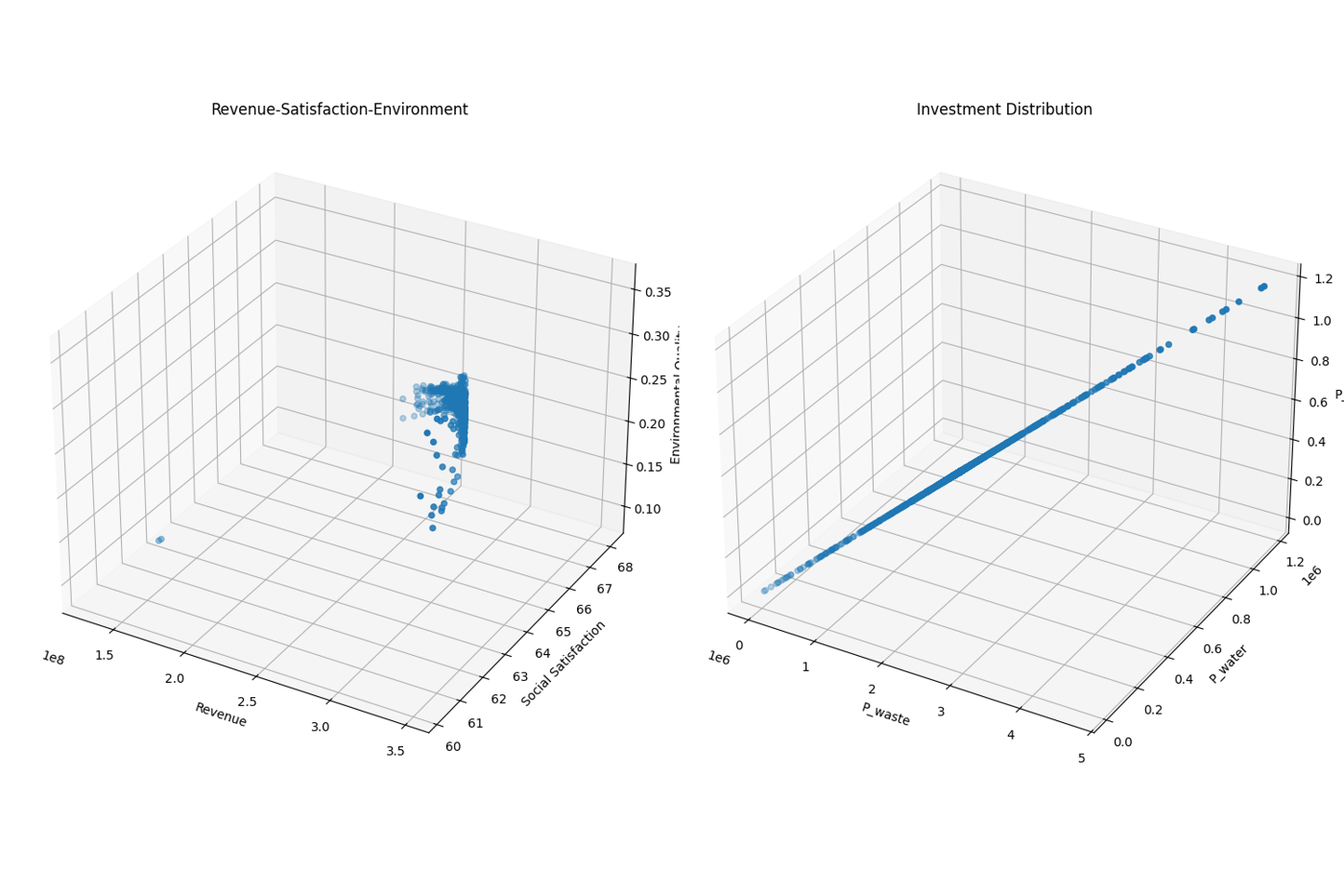
Repository: Kevinye0116/MCM
Script's output: python Coding/trial3.py
An editor plug-in stored every save of this project. The script's output is shown before and after the next save, followed by the edit.
The pictures are shown at 96% of full size.
Figures wider than 1,400 px are first shrunk to that width. Random numbers start from a fixed seed.

Above is the script's output before, as saved 2025-01-25 23:36:24.

After the next save:
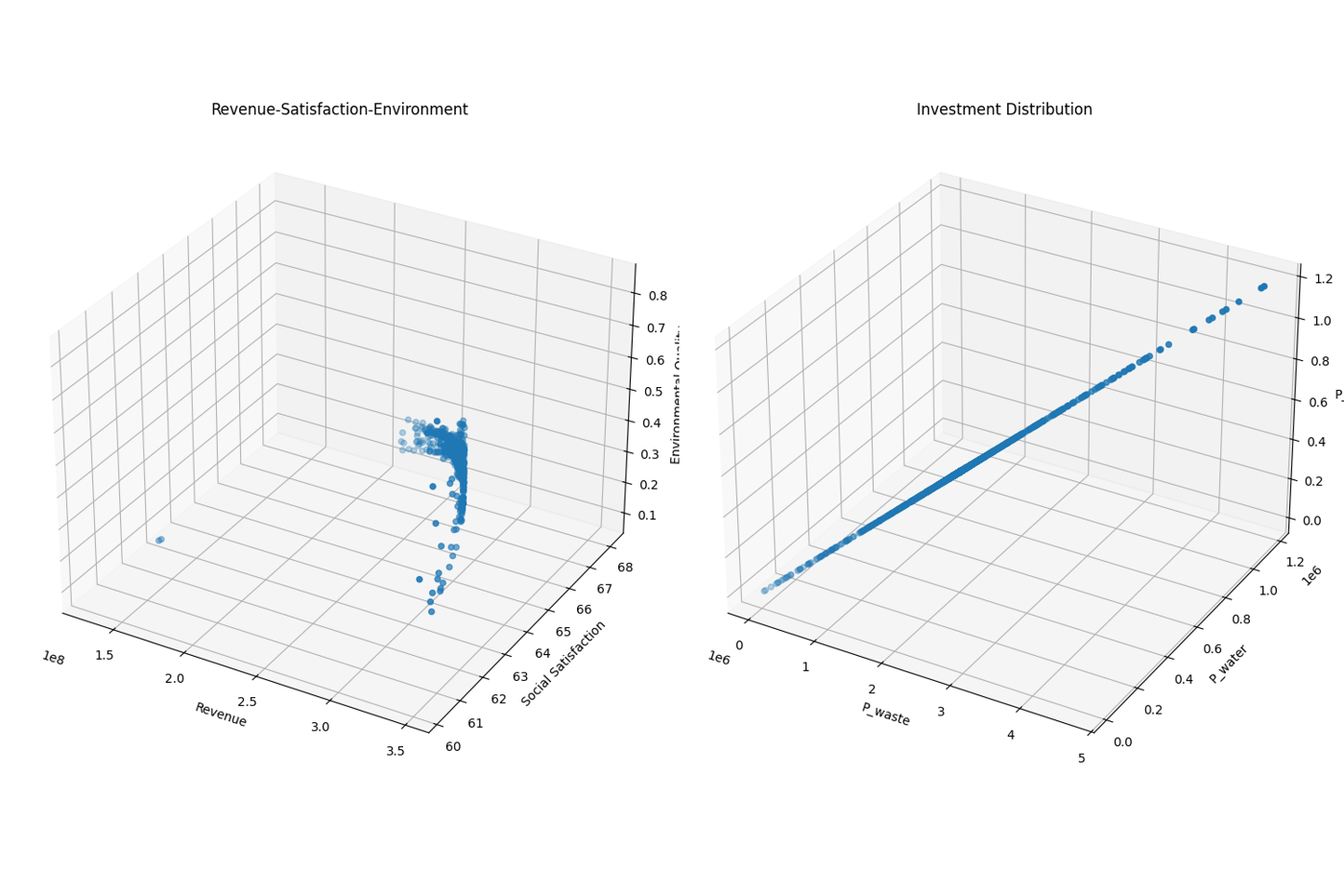
Saved 2 min 41 s later.
--- a/Coding/trial3.py
+++ b/Coding/trial3.py
@@ -44,9 +44,9 @@ class TourismOptimization:
         self.b3 = 10  # 废物处理基准增长率
 
         # 新增影响系数
-        self.k8 = 0.2  # 环保投资对碳排放的影响系数
-        self.k9 = 0.2  # 废物处理投资对废物处理容量的影响系数
-        self.k10 = 0.2  # 水资源投资对水资源容量的影响系数
+        self.k8 = 0.1  # 环保投资对碳排放的影响系数
+        self.k9 = 0.4  # 废物处理投资对废物处理容量的影响系数
+        self.k10 = 0.1  # 水资源投资对水资源容量的影响系数
 
         # 初始容量
         self.CO2p_initial = 0.184  # 初始人均碳排放量
